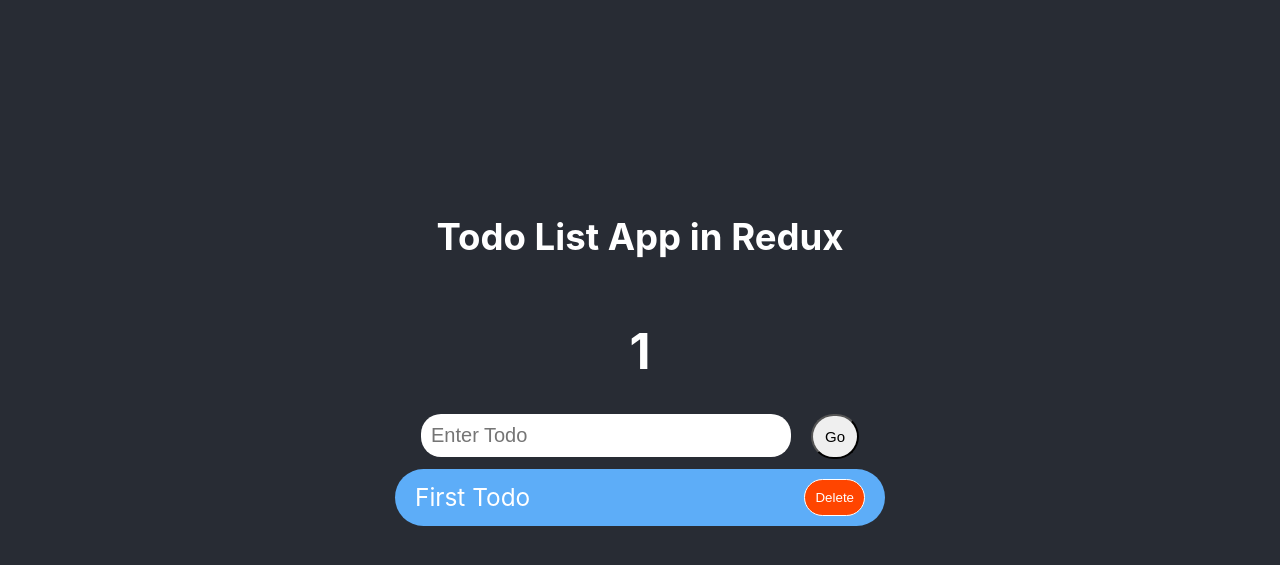
Repository: mahsa199170/React-Redux-Projects
Page: / (app in redux-todo-list/)
These files come from the project's save history. The page is drawn as it stood at one moment and after the next save; the edit follows.
The browser window is 1280 px wide. The pictures show the whole page.
The project was rebuilt for these pictures with package versions that can differ from the ones it lists, and the page was loaded fresh each time. Also part of the build but not shown: redux-todo-list/src/components/Count.js.

Above is the page before, as saved 2024-10-24 17:51:39.

### redux-todo-list/src/index.js
import React from 'react';
import ReactDOM from 'react-dom/client';
import './index.css';
import App from './App';
import { store } from './store';
import { Provider } from 'react-redux';

const root = ReactDOM.createRoot(document.getElementById('root'));
root.render(
  <React.StrictMode>
    <Provider store={store}>
      <App />
    </Provider>
  </React.StrictMode>
);

### redux-todo-list/src/App.js
import './App.css';

import React from 'react';
import Count from './components/Count';
import Todo from './components/todo/Todo';

const App = () => {
  return (
    <div className="App">
      <header className="App-header">
        <Todo />
        {/* <Count /> */}
      </header>
    </div>
  );
};

export default App;

### redux-todo-list/src/store.js
import { createStore, combineReducers, applyMiddleware } from 'redux';
import { thunk } from 'redux-thunk';
import { composeWithDevTools } from 'redux-devtools-extension';
// import { TodoReducer } from './reducer/TodoReducer';
import countReducer from './slice/countSlice';
import todoReducer from './slice/todoSlice';

const reducer = combineReducers({
  todo: todoReducer,
  counter: countReducer,
});

const initialState = {};

const middleWare = [thunk];

export const store = createStore(
  reducer,
  initialState,
  composeWithDevTools(applyMiddleware(...middleWare))
);

### redux-todo-list/src/App.css
.App {
  text-align: center;
}

.App-header {
  background-color: #282c34;
  min-height: 100vh;
  display: flex;
  flex-direction: column;
  align-items: center;
  justify-content: center;
  font-size: calc(10px + 2vmin);
  color: white;
}

.allTodos {
  list-style: none;
  margin: 0;
  padding: 0;
}

.singleTodo {
  border-radius: 50px;
  margin: 10px 0;
  background-color: #5dadf8;
  padding: 10px 20px;
  display: flex;
  width: 450px;
  align-items: center;
}

.todoText {
  text-align: start;
  flex: 1;
}

### redux-todo-list/src/components/todo/Todo.js
import React from 'react';
import { useSelector } from 'react-redux';
import { selectTodo } from '../../slice/todoSlice';

const Todo = () => {
  const todo = useSelector(selectTodo);

  return (
    <>
      <h2>Todo List App in Redux</h2>
      <h1 style={{ color: 'white' }}>{todo}</h1>
      <form>
        <input
          type="text"
          placeholder="Enter Todo"
          style={{
            width: 350,
            padding: 10,
            borderRadius: 20,
            border: 'none',
            fontSize: 20,
          }}
        />
        <button
          type="submit"
          style={{
            padding: 12,
            borderRadius: 25,

            fontSize: 15,
            marginLeft: 20,
          }}
        >
          Go
        </button>
      </form>
      <ul className="allTodos">
        <li className="singleTodo">
          <span className="todoText">First Todo</span>
          <button
            style={{
              padding: 10,
              borderRadius: 25,
              border: '1px solid white',
              color: 'white',
              backgroundColor: 'orangered',
            }}
          >
            Delete
          </button>
        </li>
      </ul>
    </>
  );
};

export default Todo;

### redux-todo-list/src/slice/countSlice.js
import { createSlice } from '@reduxjs/toolkit';

const initialState = {
  count: 0,
};

const countSlice = createSlice({
  name: 'counter',
  initialState,
  reducers: {
    ADD_BY_ONE: (state, action) => {
      state.count += action.payload;
    },
    MINUS_ONE: (state, action) => {
      state.count -= 1;
    },
    RESET_NUMBER: (state, action) => {
      state.count = 0;
    },
  },
});

export const selectCount = (state) => state.counter.count;
export const { ADD_BY_ONE, MINUS_ONE, RESET_NUMBER } = countSlice.actions;

export default countSlice.reducer;

### redux-todo-list/src/slice/todoSlice.js
import { createSlice } from '@reduxjs/toolkit';

const initialState = {
  todo: [1],
};

const todoSlice = createSlice({
  name: 'todo',
  initialState,
  reducers: {},
});

export const selectTodo = (state) => state.todo.todo;
export default todoSlice.reducer;

Loaded but not shown: redux-todo-list/public/index.html (common file); redux-todo-list/src/index.css (common file)

After the next save:
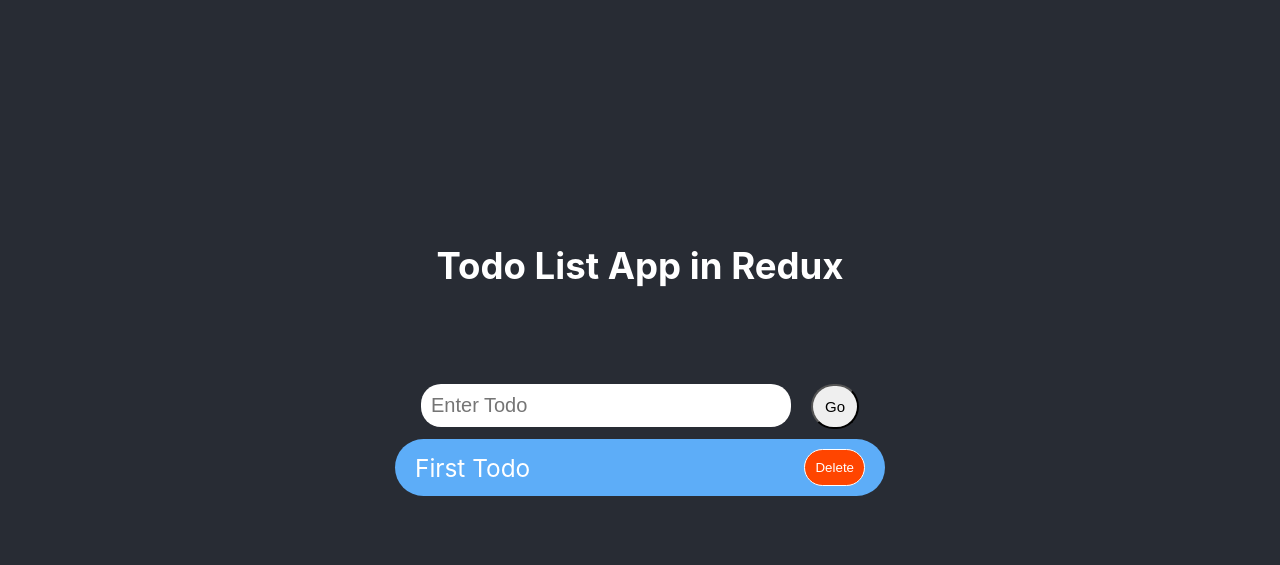
Saved 47 s later.
--- a/redux-todo-list/src/slice/todoSlice.js
+++ b/redux-todo-list/src/slice/todoSlice.js
@@ -1,7 +1,7 @@
 import { createSlice } from '@reduxjs/toolkit';
 
 const initialState = {
-  todo: [1],
+  todo: [],
 };
 
 const todoSlice = createSlice({

After the save that followed:
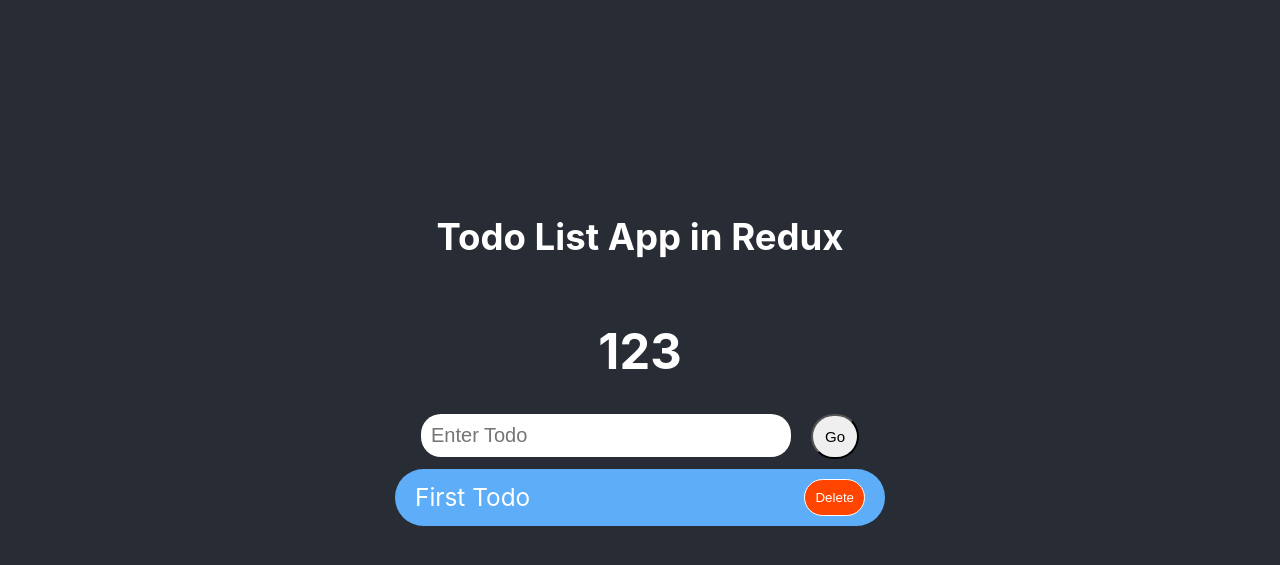
Saved 13 s later.
--- a/redux-todo-list/src/slice/todoSlice.js
+++ b/redux-todo-list/src/slice/todoSlice.js
@@ -1,7 +1,7 @@
 import { createSlice } from '@reduxjs/toolkit';
 
 const initialState = {
-  todo: [],
+  todo: [1, 2, 3],
 };
 
 const todoSlice = createSlice({
